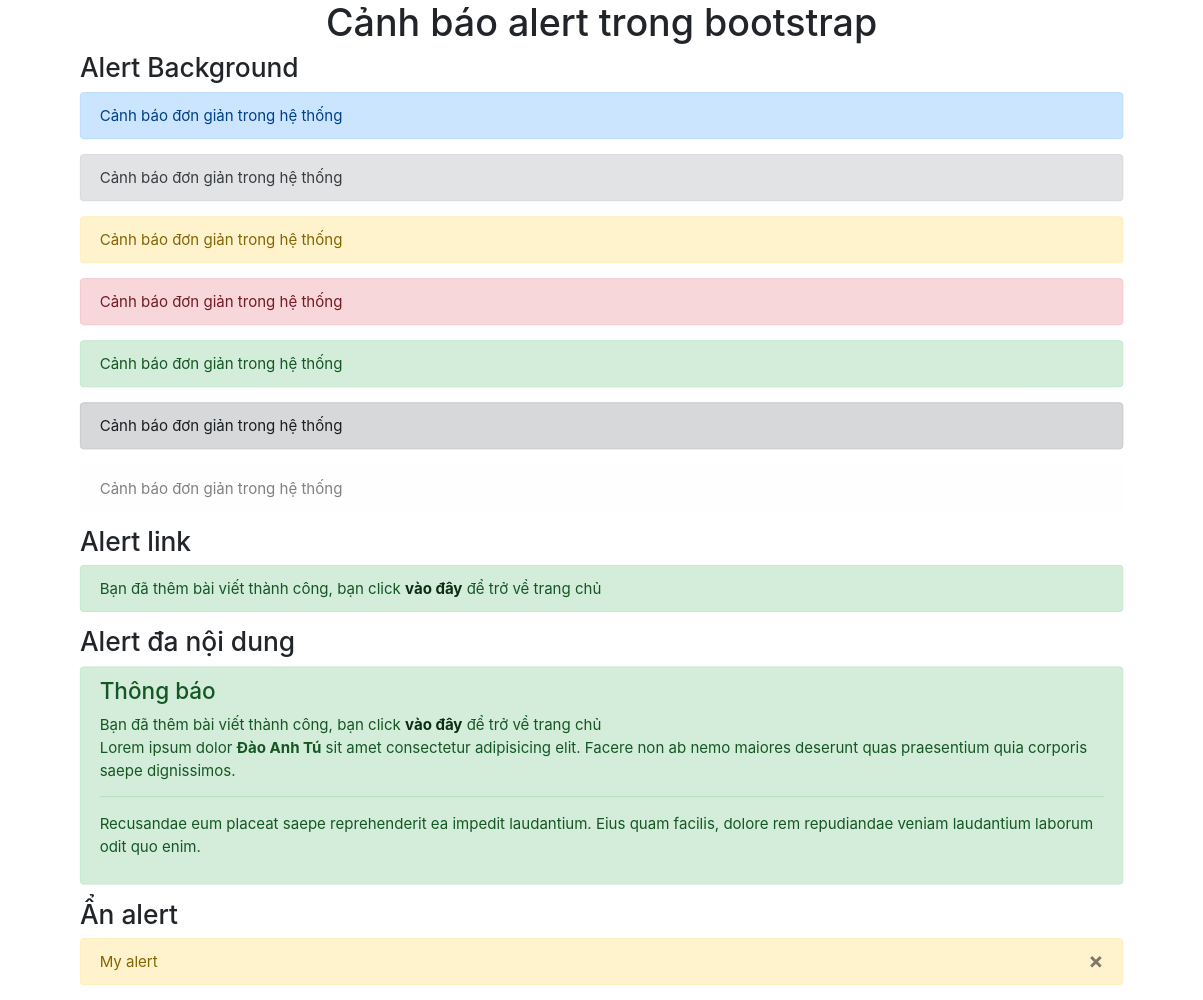
Repository: anhtu2110/front_end
Page: lesson/bootstrap/advance/5.15-alert.html
These files come from the project's save history. The page is drawn as it stood at one moment and after the next save; the edit follows.
The browser window is 1280 px wide. The pictures show the whole page, at 94% of full size.

Above is the page before, as saved 2022-12-09 15:04:51.

After the next save:
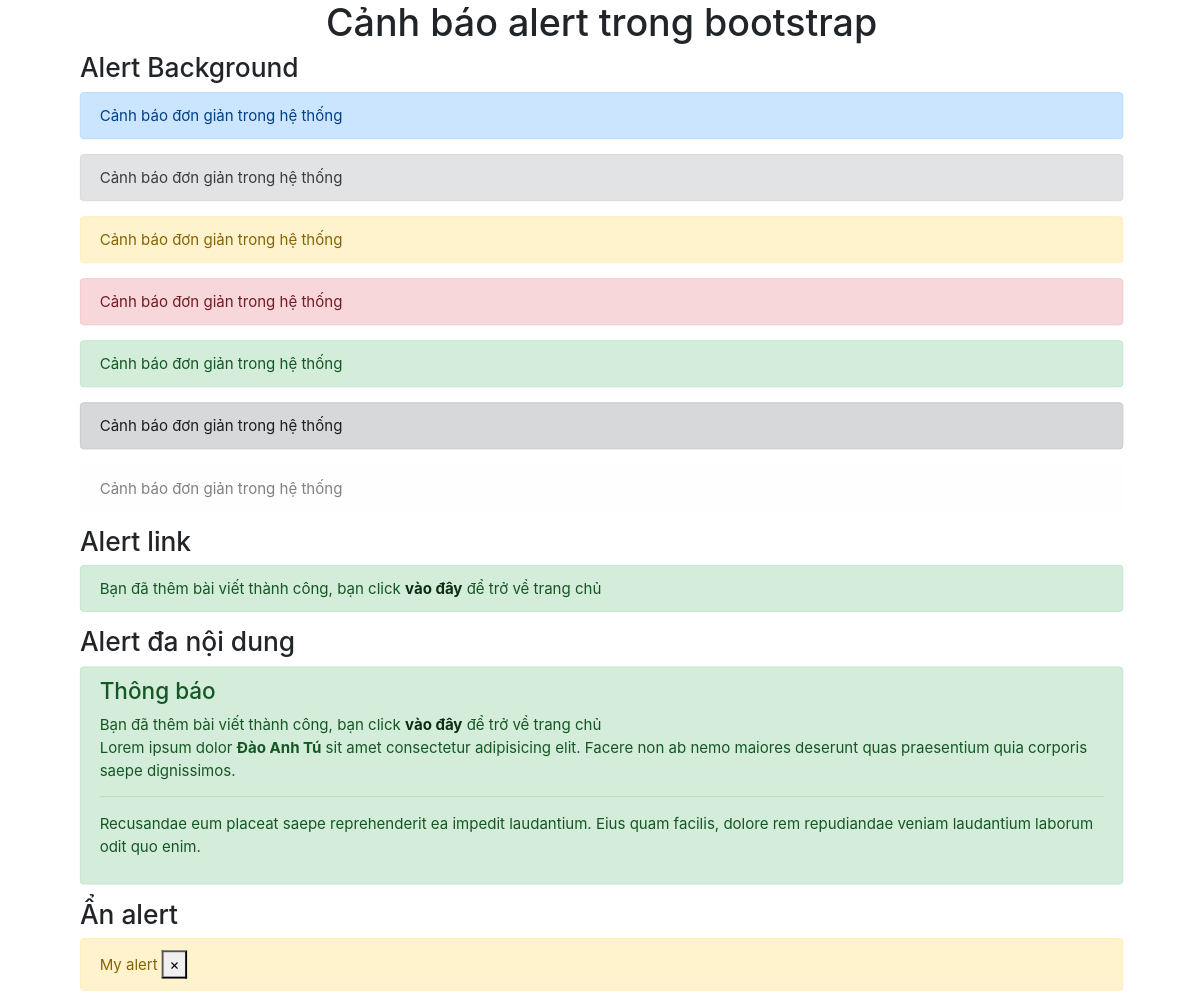
Saved 14 s later.
--- a/lesson/bootstrap/advance/5.15-alert.html
+++ b/lesson/bootstrap/advance/5.15-alert.html
@@ -56,7 +56,7 @@
                 <h3>Ẩn alert</h3>
                 <div class="alert alert-warning alert-dismisss fade show" role="alert">
                     My alert
-                    <button type="button" class="close" data-dismiss="alert" aria-label="lose">
+                    <button type="button" class="cose" data-dismiss="alert" aria-label="Close">
                         <span aria-hidden="true">&times;</span>
                     </button>
                 </div>

After the save that followed:
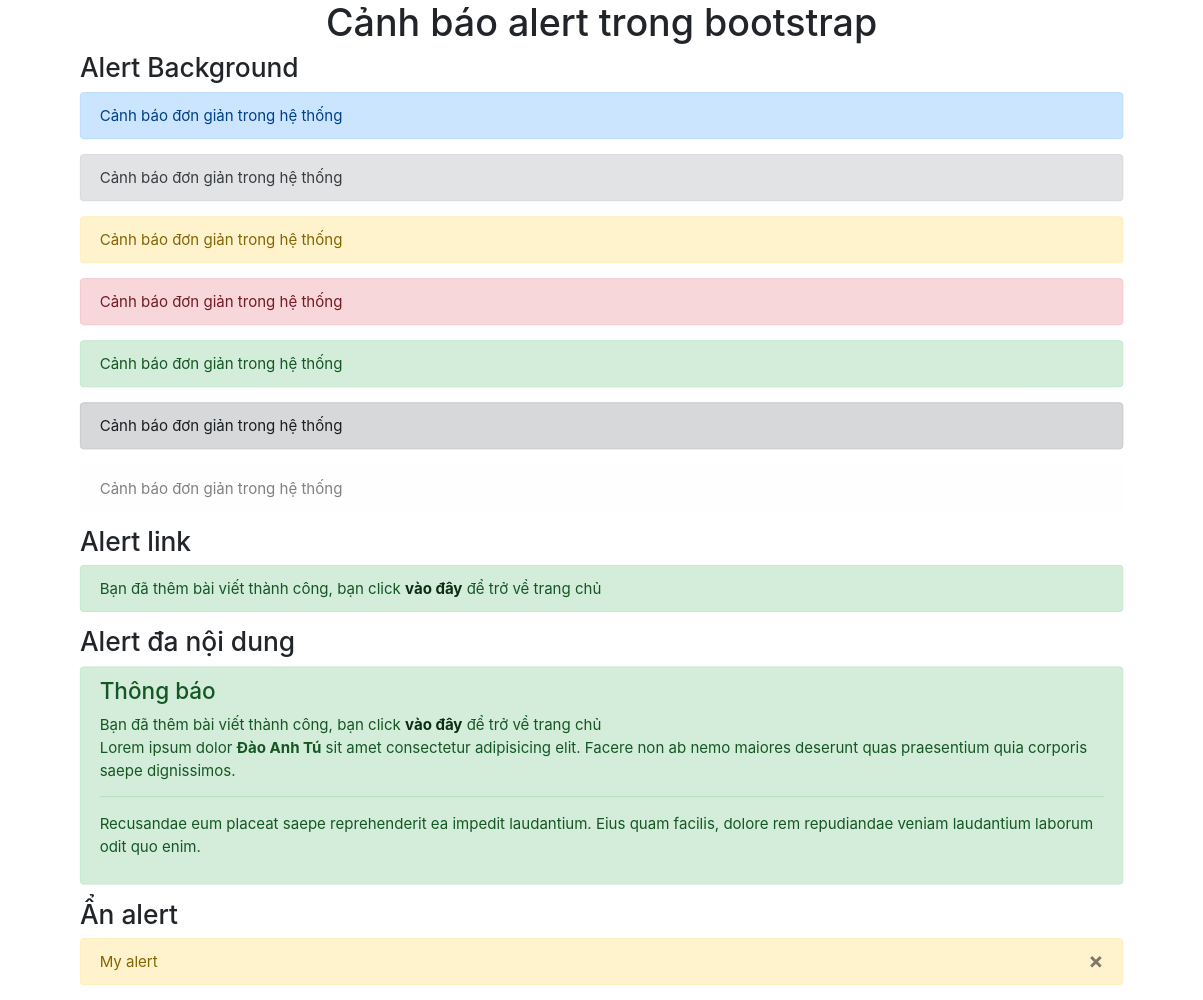
Saved 9 s later.
--- a/lesson/bootstrap/advance/5.15-alert.html
+++ b/lesson/bootstrap/advance/5.15-alert.html
@@ -56,7 +56,7 @@
                 <h3>Ẩn alert</h3>
                 <div class="alert alert-warning alert-dismisss fade show" role="alert">
                     My alert
-                    <button type="button" class="cose" data-dismiss="alert" aria-label="Close">
+                    <button type="button" class="close" data-dismiss="alert" aria-label="Close">
                         <span aria-hidden="true">&times;</span>
                     </button>
                 </div>
